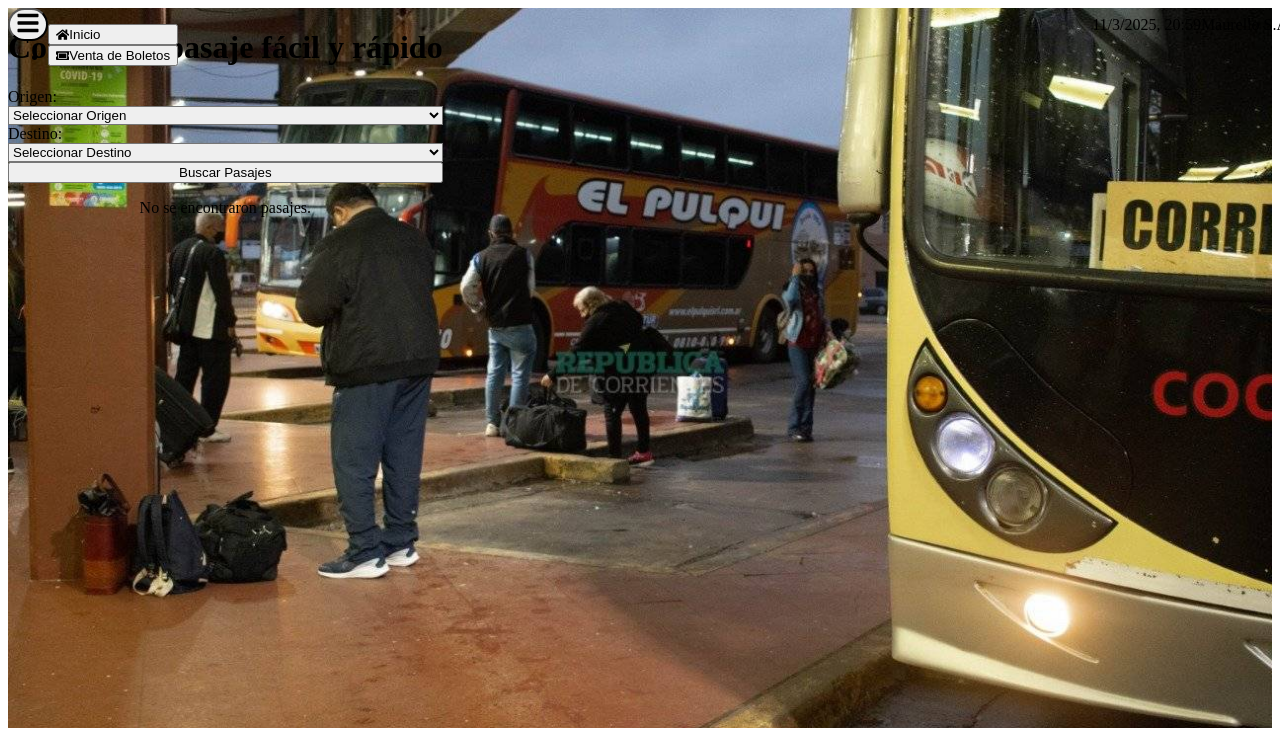
Repository: francoluca35/ventaboletos
Page: /ventaboleto
The author's editor kept a copy of each file at every save. The page is drawn from the files as they stood at one save, then again after the next save.
The browser window is 1280 px wide. The pictures show the whole page.
The page's requests for data from a server got no answer. The project was rebuilt for these pictures with package versions that can differ from the ones it lists, and the page was loaded fresh each time. The framework's server and built-in components were replaced by stand-ins that run in the browser. No one was signed in, and anything a server would have sent is missing. Also part of the build but not shown: next.config.mjs.

Above is the page before, as saved 2025-03-17 19:09:02.

After the next save:
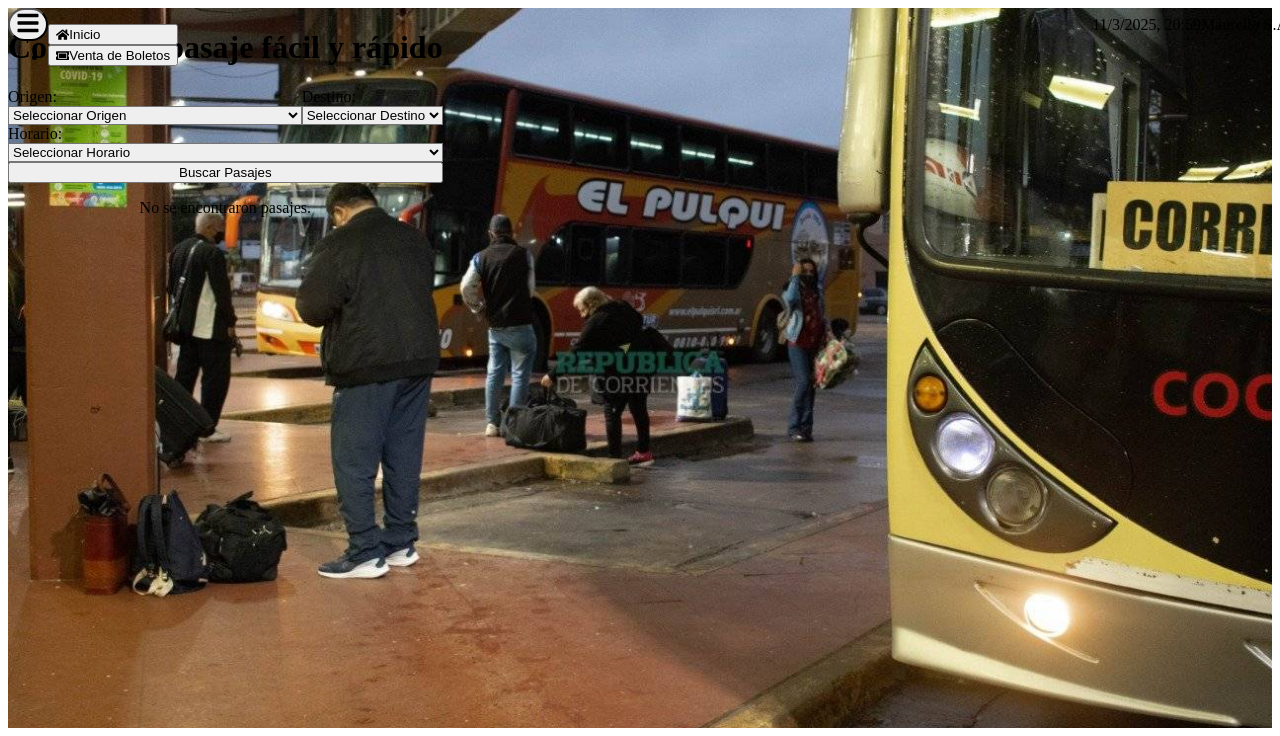
Saved 3 min 5 s later.
--- a/src/app/ventaboleto/page.js
+++ b/src/app/ventaboleto/page.js
@@ -58,6 +58,16 @@
                     ))}
                   </select>
                 </div>
+
+                <div className="col-span-2">
+                  <label className="block text-gray-700">Horario:</label>
+                  <select className="w-full p-2 border rounded" value={horario} onChange={(e) => setHorario(e.target.value)}>
+                    <option value="">Seleccionar Horario</option>
+                    <option value="mañana">Mañana</option>
+                    <option value="tarde">Tarde</option>
+                    <option value="noche">Noche</option>
+                  </select>
+                </div>
               </div>
 
               <button onClick={buscarPasajes} className="w-full bg-blue-600 text-white p-3 rounded mt-4">Buscar Pasajes</button>
